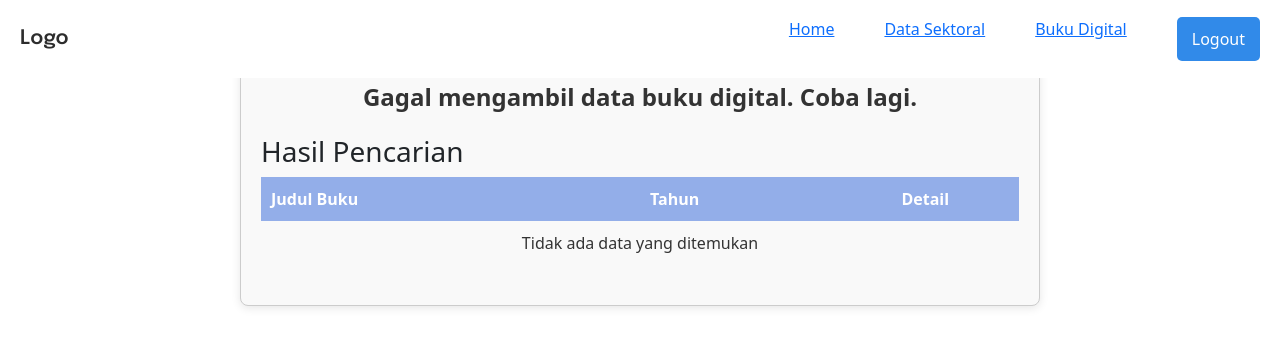
Repository: nida463/Website-PKL
Page: /buku-digital
These files come from the project's save history. The page is drawn as it stood at one moment and after the next save; the edit follows.
The browser window is 1280 px wide. The pictures show the whole page.
The page's requests for data from a server got no answer. The project was rebuilt for these pictures with package versions that can differ from the ones it lists, and the page was loaded fresh each time. No one was signed in, and anything a server would have sent is missing. Also part of the build but not shown: src/Components/auth/Login.js, src/Components/organisms/Navbar.js, src/Components/atoms/Lable.js, src/Components/molecules/header/BrandingSection.js, src/Components/molecules/header/BodyTextH.js, src/Components/atoms/Button.js, src/Components/molecules/header/ButonContact.js, src/Components/atoms/Image.js and 24 more.

Above is the page before, as saved 2024-10-11 14:12:40.

After the next save:
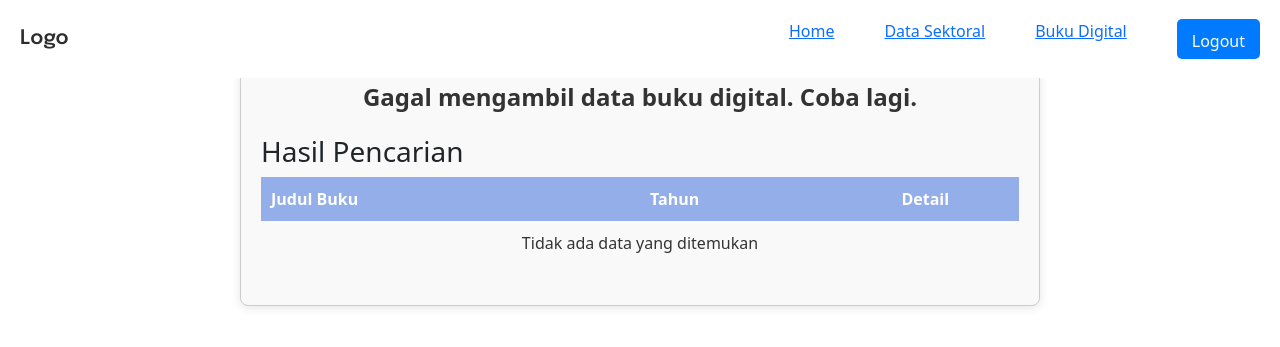
Saved 2 min 31 s later.
--- a/src/styles/Navbar.css
+++ b/src/styles/Navbar.css
@@ -54,7 +54,6 @@
 
 .navbar-menu li {
   margin-left: 20px;
-  border-bottom: none; /* Pastikan tidak ada border-bottom pada list item */
 }
 
 .navbar-item {
@@ -77,7 +76,6 @@
 /* Kelas untuk item aktif */
 .navbar-item.active {
   font-weight: bold; /* Membuat teks lebih tebal saat aktif */
-  border-bottom: none; /* Hapus garis bawah untuk item aktif */
 }
 
 /* Untuk menghapus garis bawah pada item menu */
@@ -104,13 +102,15 @@
 
 /* Styling untuk tombol logout */
 .logout-button {
-  background-color: #318ae9; /* Warna biru */
+  background-color: #007BFF; /* Warna biru */
   color: white; /* Teks berwarna putih */
   border: none; /* Tanpa border */
   border-radius: 5px; /* Sudut yang lebih halus */
   padding: 10px 15px; /* Padding untuk tombol */
   cursor: pointer; /* Menunjukkan bahwa ini adalah tombol */
   transition: background-color 0.3s ease; /* Transisi warna saat hover */
+  height: 40px; /* Set tinggi tombol agar sejajar dengan menu */
+  align-self: center; /* Menjaga tombol sejajar dengan item menu */
 }
 
 .logout-button:hover {
